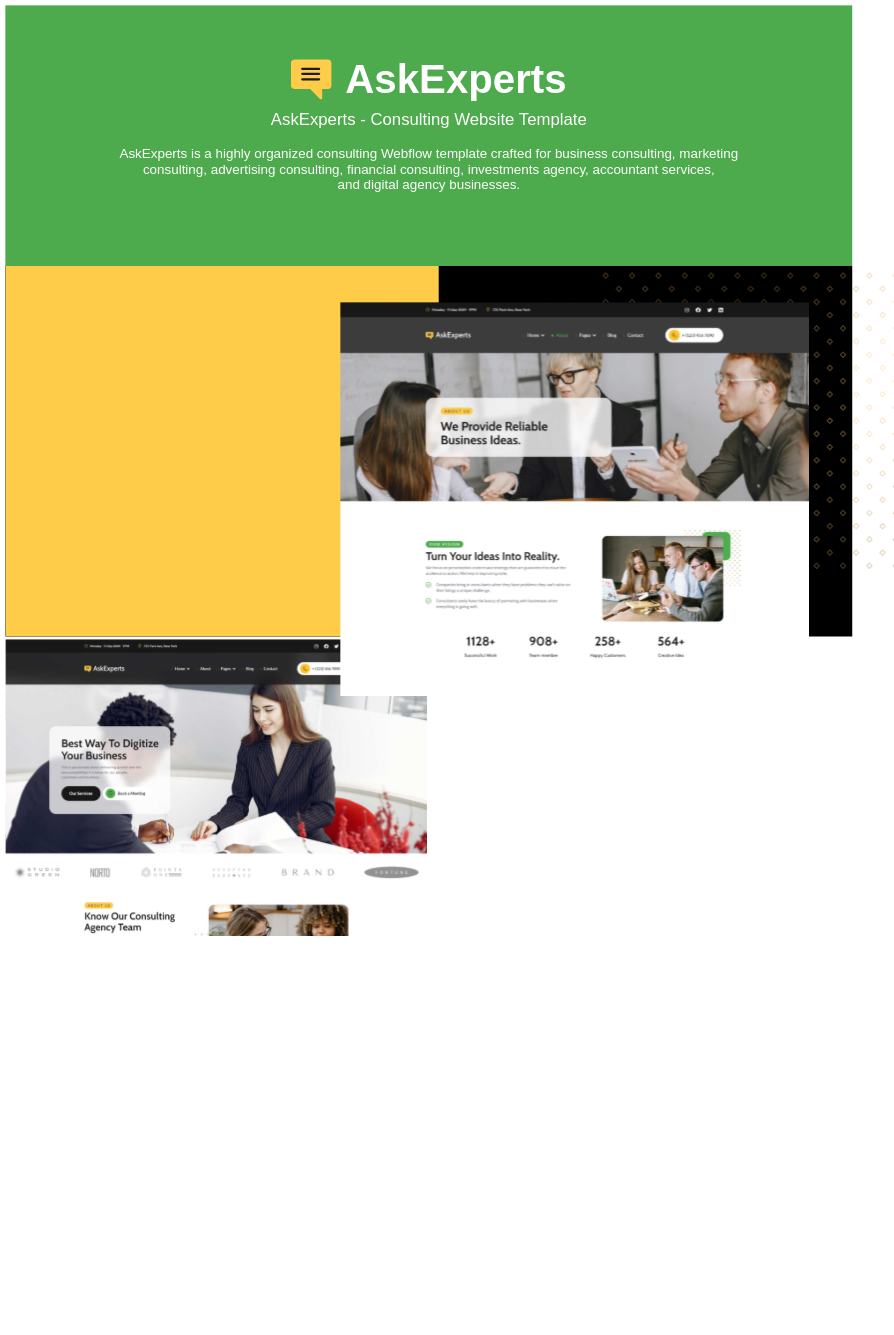
Repository: Richard-progex/webflow-tem
Page: index.html
These files come from the project's save history. The page is drawn as it stood at one moment and after the next save; the edit follows.
The browser window is 1280 px wide. The page is 1335 px wide, so the pictures cover 1335 px, including what lies to the right of the window. The pictures show the whole page, at 67% of full size.

Above is the page before, as saved 2024-10-24 16:26:39.

### index.html
<!DOCTYPE html>
<html lang="en">
<head>
    <meta charset="UTF-8">
    <meta name="viewport" content="width=device-width, initial-scale=1.0">
    <title>Document</title>
    <link rel="stylesheet" href="index.css">
</head>
<body>

    <header>
        <article class="one">
            <img src="images/Logo.svg" alt="">
            <h1>AskExperts</h1>
        </article>

        <article class="two">
            <p class="con">AskExperts - Consulting Website Template</p>
            <p class="desc">AskExperts is a highly organized consulting Webflow template crafted for business consulting,
               marketing <br> consulting, advertising consulting, financial consulting,
                investments agency, accountant services, <br> and digital agency businesses.</p>
        </article>
    </header>


    <section class="herosec">
        <div class="imgback">
            <img class="rec" src="images/Rectangle 01.svg" alt="">
            <img class="patt" src="images/Pattern.svg" alt="">
        </div>

        <div class="imgfront">
            <img class="girlnoff" src="images/Rectangle (1).svg" alt="">
            <img class="boynoff" src="images/Rectangle.svg" alt="">
        </div>


    </section>







</body>
</html>

### index.css
header{
    background-color: rgba(77, 171, 77, 1);
    color: white;
    font-family: Arial, Helvetica, sans-serif;
    padding: 60px;
   max-width: 1230px;
}

header .one{
    display: flex;
    justify-content: center;
    gap: 20px;
}
header .one h1{
    font-size: 60px;
    font-weight: 600;
    line-height: 1px;
}

header .two{
    text-align: center;
    position: relative;
    top: -30px;
}
header .two .con{
    font-weight: 500;
    font-size: 25px;
}
header .two .desc{
    font-weight: lighter;
    font-size: 20px;
    text-align: center;
}
.herosec{
    background-color: black;
    height: 553px;
}
.herosec .imgback .patt{
    position: relative;
    top: -100px;
    left: 240px;
}

.herosec .imgfront .boynoff{
    width: 700px;
    /* height: 533px; */
    position: relative;
    top: -950px;
    left: 500px;
}

After the next save:
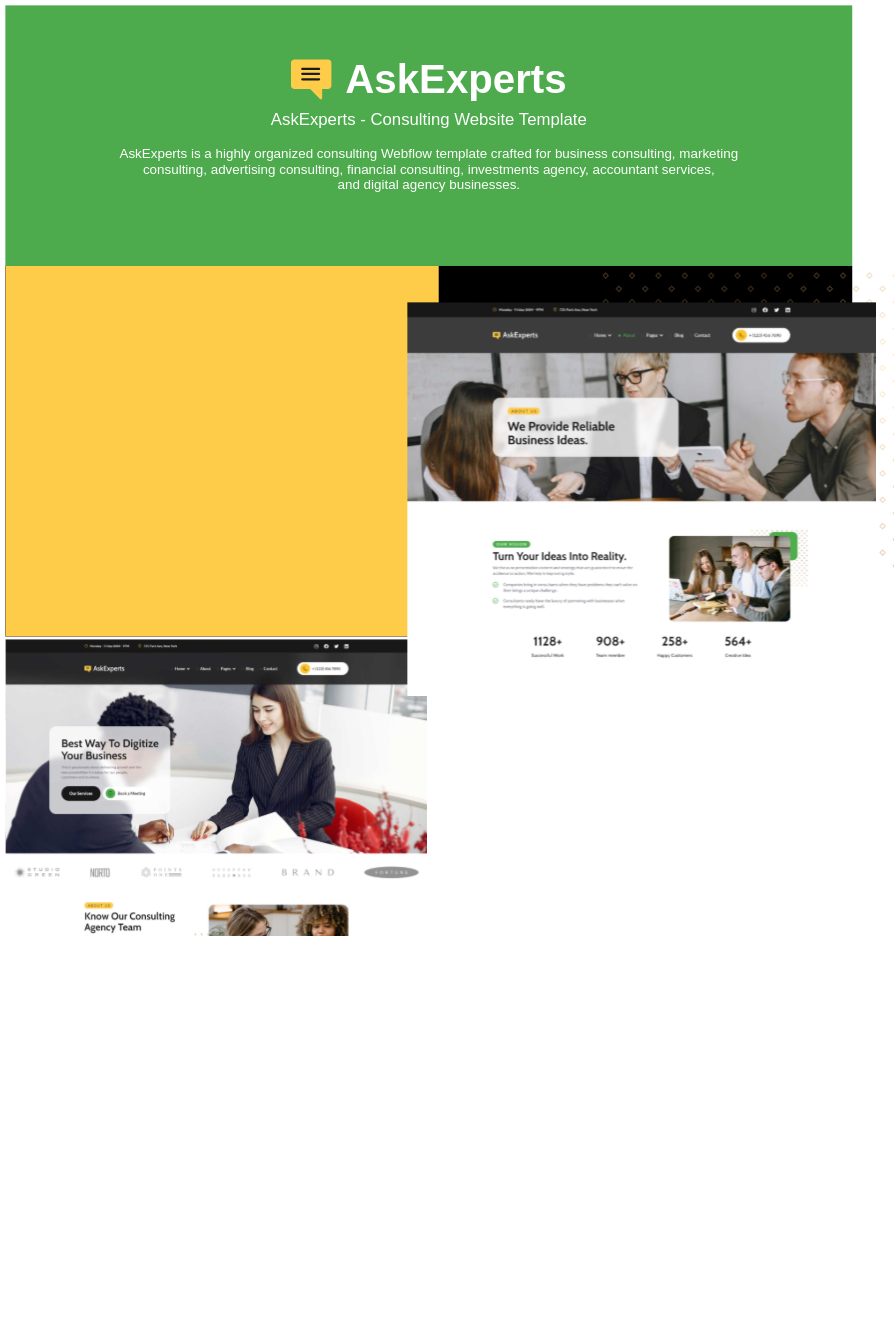
Saved 20 s later.
--- a/index.css
+++ b/index.css
@@ -46,5 +46,5 @@
     /* height: 533px; */
     position: relative;
     top: -950px;
-    left: 500px;
+    left: 600px;
 }
